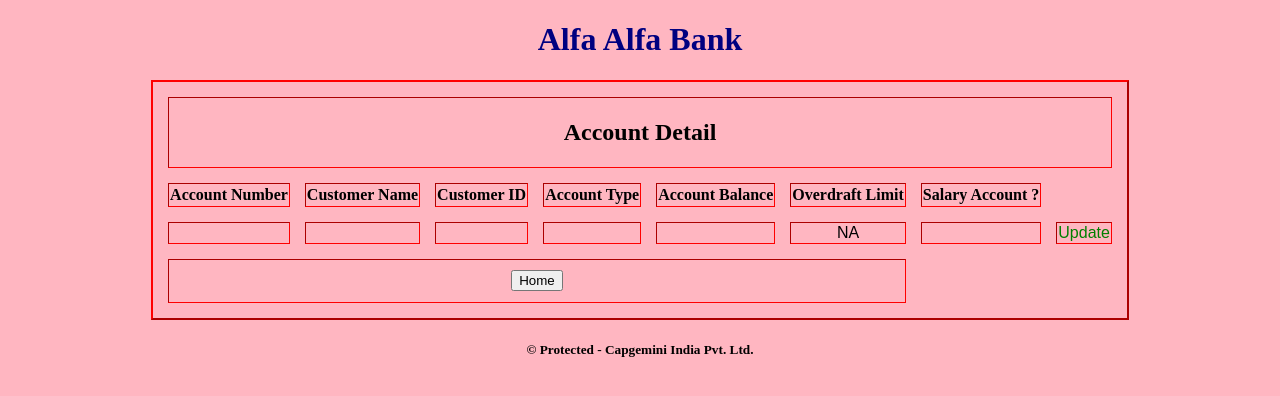
Repository: Rccalfa123/OnlineBankingApp
Page: http://localhost/AlfaAlfaBankApp/viewAccount.jsp
The author's editor kept a copy of each file at every save. The page is drawn from the files as they stood at one save, then again after the next save.
The browser window is 1280 px wide. The pictures show the whole page.
The page is served by Tomcat 9. The template is opened directly, without the code that normally fills it, so the values that code supplies are empty.

Above is the page before, as saved 2018-08-13 08:00:51.

After the next save:
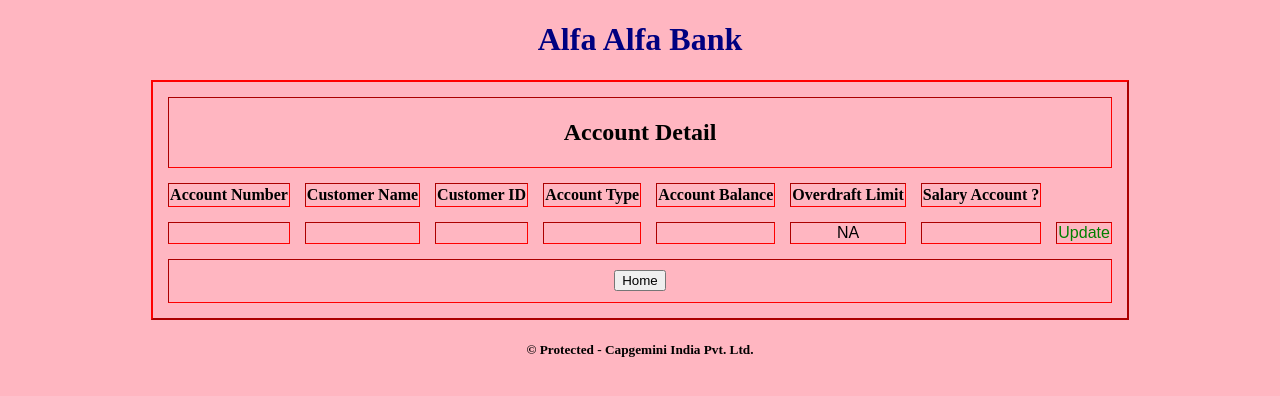
Saved 13 s later.
--- a/AlfaAlfaBankApp/WebContent/viewAccount.jsp
+++ b/AlfaAlfaBankApp/WebContent/viewAccount.jsp
@@ -52,7 +52,7 @@
 							Update </a></td>
 				</tr>
             		<tr>
-						<th colspan="6"  height="40"><input type="submit" value="Home"></th>
+						<th colspan="9"  height="40"><input type="submit" value="Home"></th>
 					</tr>
 
 			</table>
